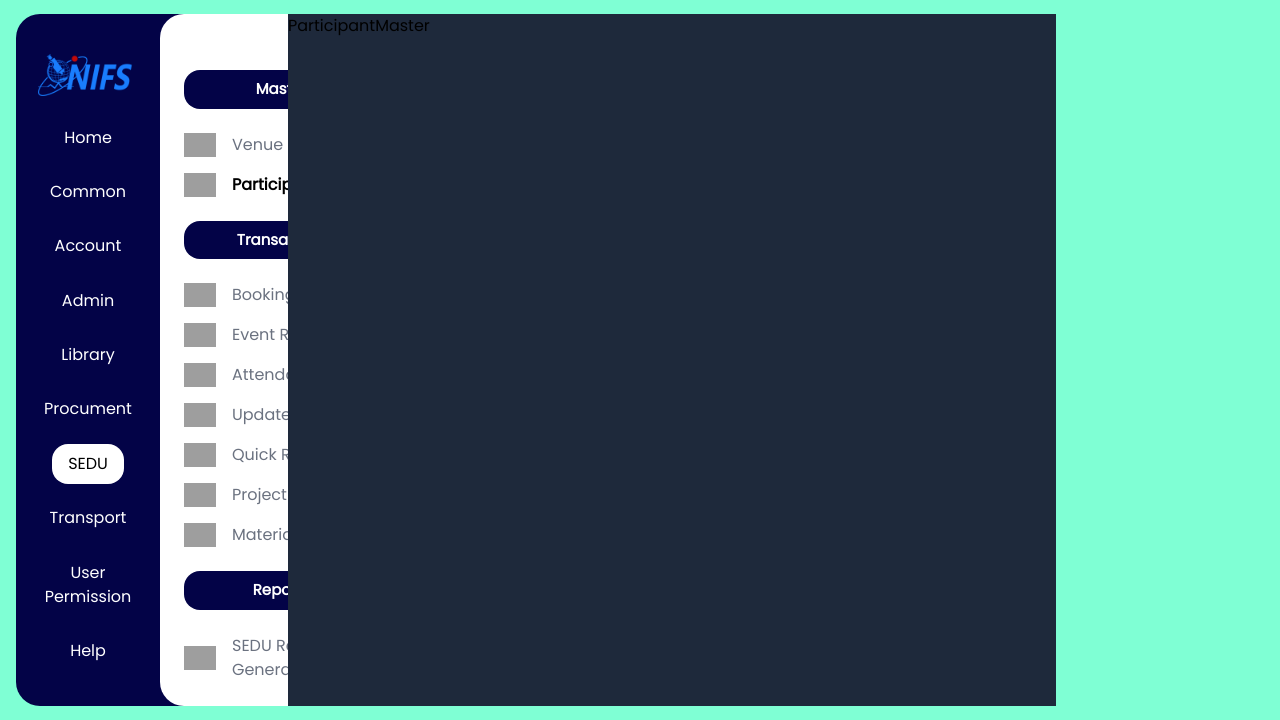
Repository: virangaj/NIFS-WebApp
Page: /sedu/participant-master (app in client/)
These files come from the project's save history. The page is drawn as it stood at one moment and after the next save; the edit follows.
The browser window is 1280 px wide. The pictures show the whole page.
Pictures or frames that could not be fetched are drawn as grey boxes. The project was rebuilt for these pictures with package versions that can differ from the ones it lists, and the page was loaded fresh each time. Also part of the build but not shown: client/src/pages/Login.tsx, client/src/pages/Home.tsx, client/src/components/Transport/shared/TransportNavbar.js, client/src/pages/TransportMainPage.tsx, client/src/pages/CommonMainPage.tsx, client/src/pages/AccountMainPage.tsx, client/src/pages/AdminMainPage.tsx, client/src/pages/LibraryMainPage.js and 14 more.

Above is the page before, as saved 2022-07-30 23:55:34.

After the next save:
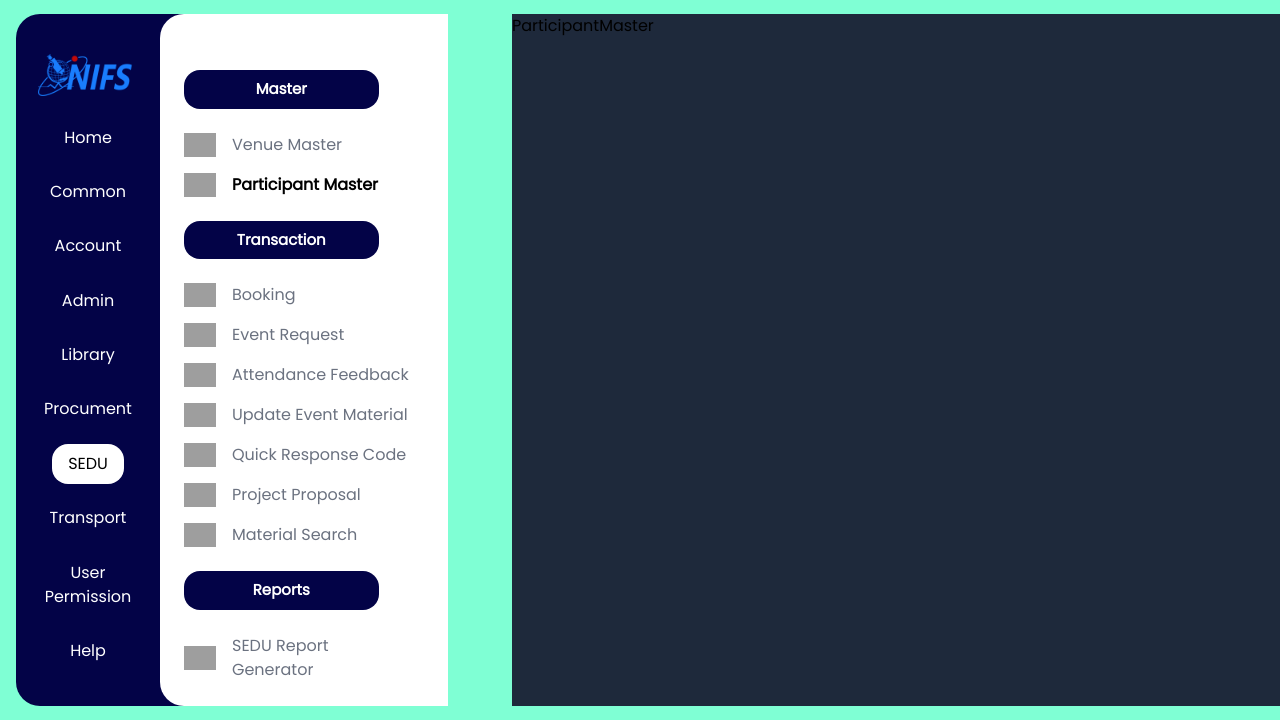
Saved 12 s later.
--- a/client/src/pages/SeduMainPage.tsx
+++ b/client/src/pages/SeduMainPage.tsx
@@ -29,7 +29,7 @@ function SeduMainPage() {
 			<div className='secondary-nav-position'>
 				<VerticalSecondaryNavbar pages={Pages} />
 			</div>
-			<div className='absolute left-72 top-[2vh] bg-slate-800 w-[60vw] h-[96vh]'>
+			<div className='absolute left-[40vw] top-[2vh] bg-slate-800 w-[60vw] h-[96vh]'>
 				<Routes>
 					<Route path="/venue-master" element={<VenueMaster />} />
 					<Route path="/participant-master" element={<ParticipantMaster />} />
